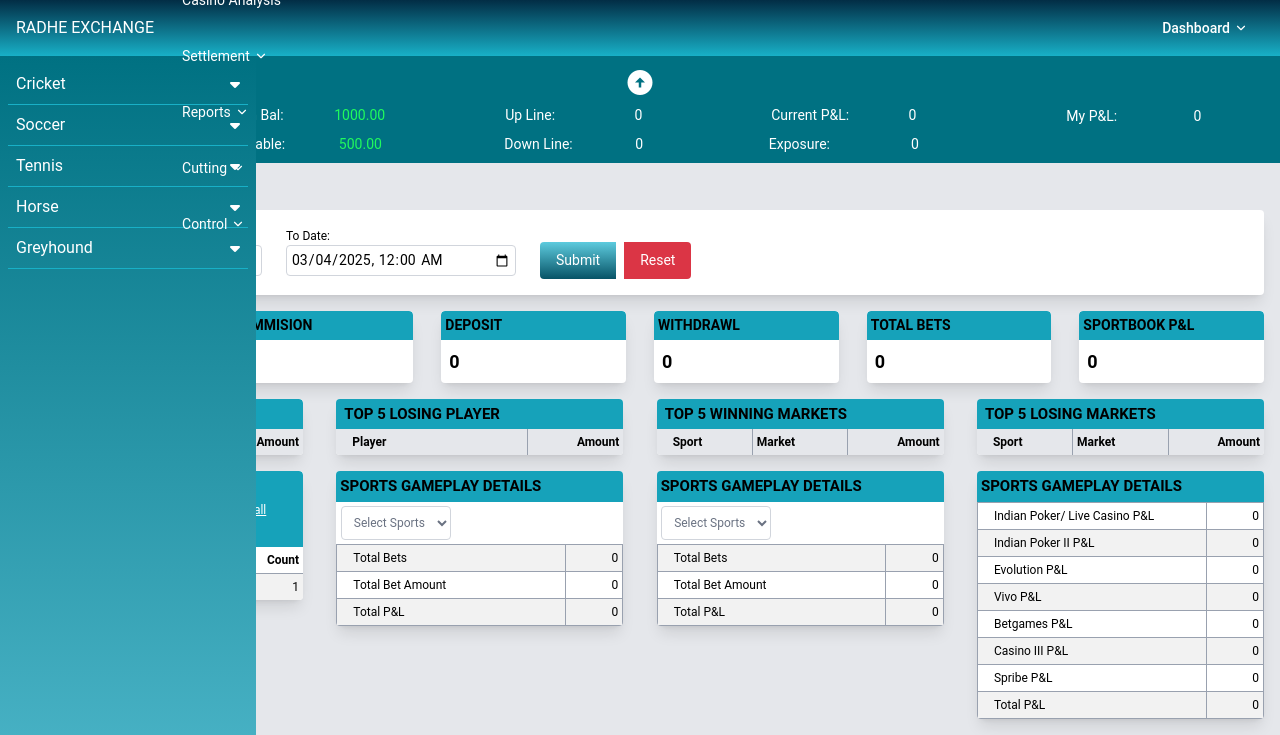
Repository: Habeebur1493/Radhe-Exchange
Page: /dashboard (app in frontend/), after clicking the first element matching `div.cursor-pointer`
The author's editor kept a copy of each file at every save. The page is drawn from the files as they stood at one save, then again after the next save.
The browser window is 1280 px wide. The pictures show the whole page.
Some web libraries are served in a nearby version. The project was rebuilt for these pictures with package versions that can differ from the ones it lists, and the page was loaded fresh each time. Also part of the build but not shown: frontend/vite.config.js, frontend/src/components/login.jsx, frontend/src/components/Register.jsx.

Above is the page before, as saved 2025-03-05 11:44:30.

After the next save:
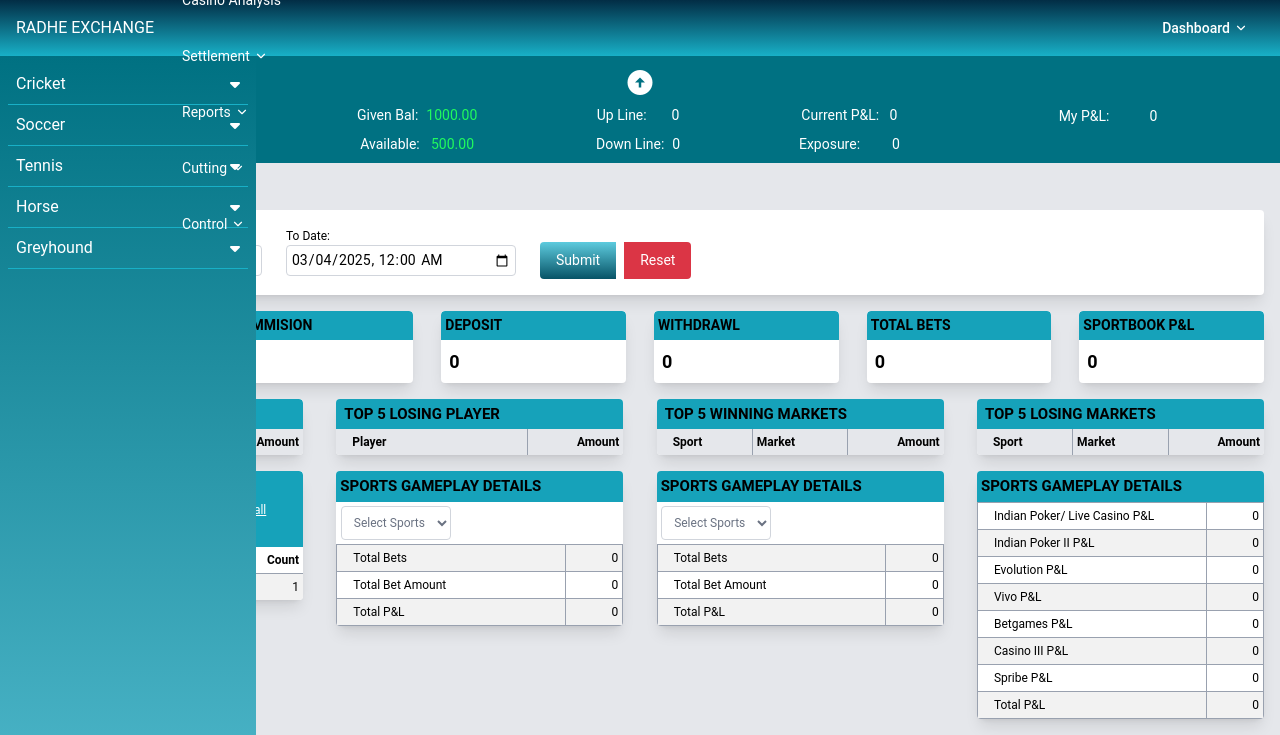
Saved 3 min 26 s later.
--- a/frontend/src/components/dashboard.jsx
+++ b/frontend/src/components/dashboard.jsx
@@ -183,51 +183,53 @@ const Dashboard = () => {
         {/* Dropdown Content */}
         {isOpen && (
           <div className="bg-[#007182] transition-all duration-300 pb-1 px-4">
-            <div className="lg:flex lg:justify-evenly grid-cols-2 items-center text-white text-[10px]  lg:text-[14px] w-full mr-4">
-              <div className="flex flex-col text-center gap-2  ">
-                <h4 className="flex justify-between">
-                  User ID: <span className="ml-2">776demo</span>
-                </h4>
-                <h4 className="flex justify-between">
-                  User Type: <span className="ml-2">Admin</span>
-                </h4>
-              </div>
-
-              <div className="flex flex-col text-center gap-2 w-1/5">
-                <h4 className="flex justify-evenly">
-                  Given Bal:{" "}
-                  <span className="text-[#20fa5e] ml-2">1000.00</span>
-                </h4>
-                <h4 className="flex justify-evenly">
-                  Available: <span className="text-[#20fa5e] ml-2">500.00</span>
-                </h4>
-              </div>
-
-              <div className="flex flex-col text-center gap-2 w-1/5">
-                <h4 className="flex justify-evenly">
-                  Up Line: <span className="ml-6">0</span>
-                </h4>
-                <h4 className="flex justify-evenly">
-                  Down Line: <span className="ml-2">0</span>
-                </h4>
-              </div>
-
-              <div className="flex flex-col text-center gap-2 w-1/5">
-                <h4 className="flex justify-evenly">
-                  Current P&L: <span className="ml-2">0</span>
-                </h4>
-                <h4 className="flex justify-evenly">
-                  Exposure: <span className="ml-8">0</span>
-                </h4>
-              </div>
-
-              <div className="flex flex-col text-center gap-2 w-1/5 mb-7 pl-10">
-                <h4 className="flex justify-evenly">
-                  My P&L: <span className="ml-10">0</span>
-                </h4>
-              </div>
-            </div>
-          </div>
+          <div className="grid grid-cols-2 gap-4 sm:grid-cols-2 lg:flex lg:justify-evenly items-center text-white text-[10px] sm:text-[12px] lg:text-[14px] w-full mr-4">
+
+            <div className="flex flex-col text-center gap-2 w-full sm:w-1/2 lg:w-auto">
+              <h4 className="flex justify-between">
+                User ID: <span className="ml-2">776demo</span>
+              </h4>
+              <h4 className="flex justify-between">
+                User Type: <span className="ml-2">Admin</span>
+              </h4>
+            </div>
+
+            <div className="flex flex-col text-center gap-2 w-full sm:w-1/2 lg:w-auto">
+              <h4 className="flex justify-evenly">
+                Given Bal: <span className="text-[#20fa5e] ml-2">1000.00</span>
+              </h4>
+              <h4 className="flex justify-evenly">
+                Available: <span className="text-[#20fa5e] ml-2">500.00</span>
+              </h4>
+            </div>
+
+            <div className="flex flex-col text-center gap-2 w-full sm:w-1/2 lg:w-auto">
+              <h4 className="flex justify-evenly">
+                Up Line: <span className="ml-6">0</span>
+              </h4>
+              <h4 className="flex justify-evenly">
+                Down Line: <span className="ml-2">0</span>
+              </h4>
+            </div>
+
+            <div className="flex flex-col text-center gap-2 w-full sm:w-1/2 lg:w-auto">
+              <h4 className="flex justify-evenly">
+                Current P&L: <span className="ml-2">0</span>
+              </h4>
+              <h4 className="flex justify-evenly">
+                Exposure: <span className="ml-8">0</span>
+              </h4>
+            </div>
+
+            <div className="flex flex-col text-center gap-2 w-full sm:w-1/2 lg:w-auto mb-7 pl-10">
+              <h4 className="flex justify-evenly">
+                My P&L: <span className="ml-10">0</span>
+              </h4>
+            </div>
+
+          </div>
+        </div>
+
         )}
       </header>
       <DashContent />
